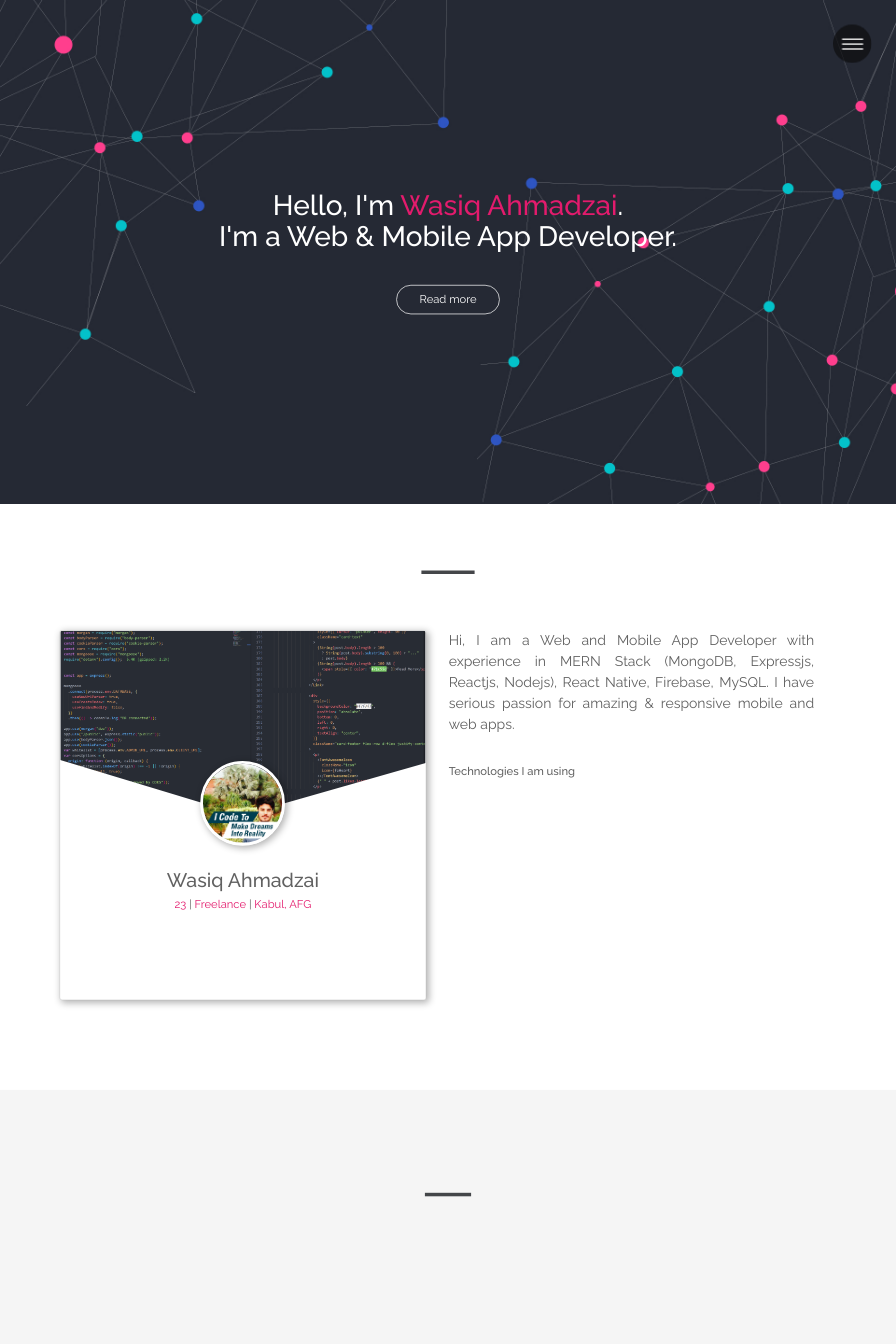
Repository: wasiqkhan/wasiqkhan.github.io
Page: index.html
The author's editor kept a copy of each file at every save. The page is drawn from the files as they stood at one save, then again after the next save.
The browser window is 1280 px wide. The pictures show the part of the page from y = 0 to 1920 px (the page is 5002 px tall), at 70% of full size.
Some web fonts or font styles are not loaded; a fallback is used.

Above is the page before, as saved 2020-11-06 17:22:38.
Not found: js/all.js
Not found: js/app.js
Not found: js/particles.js

After the next save:
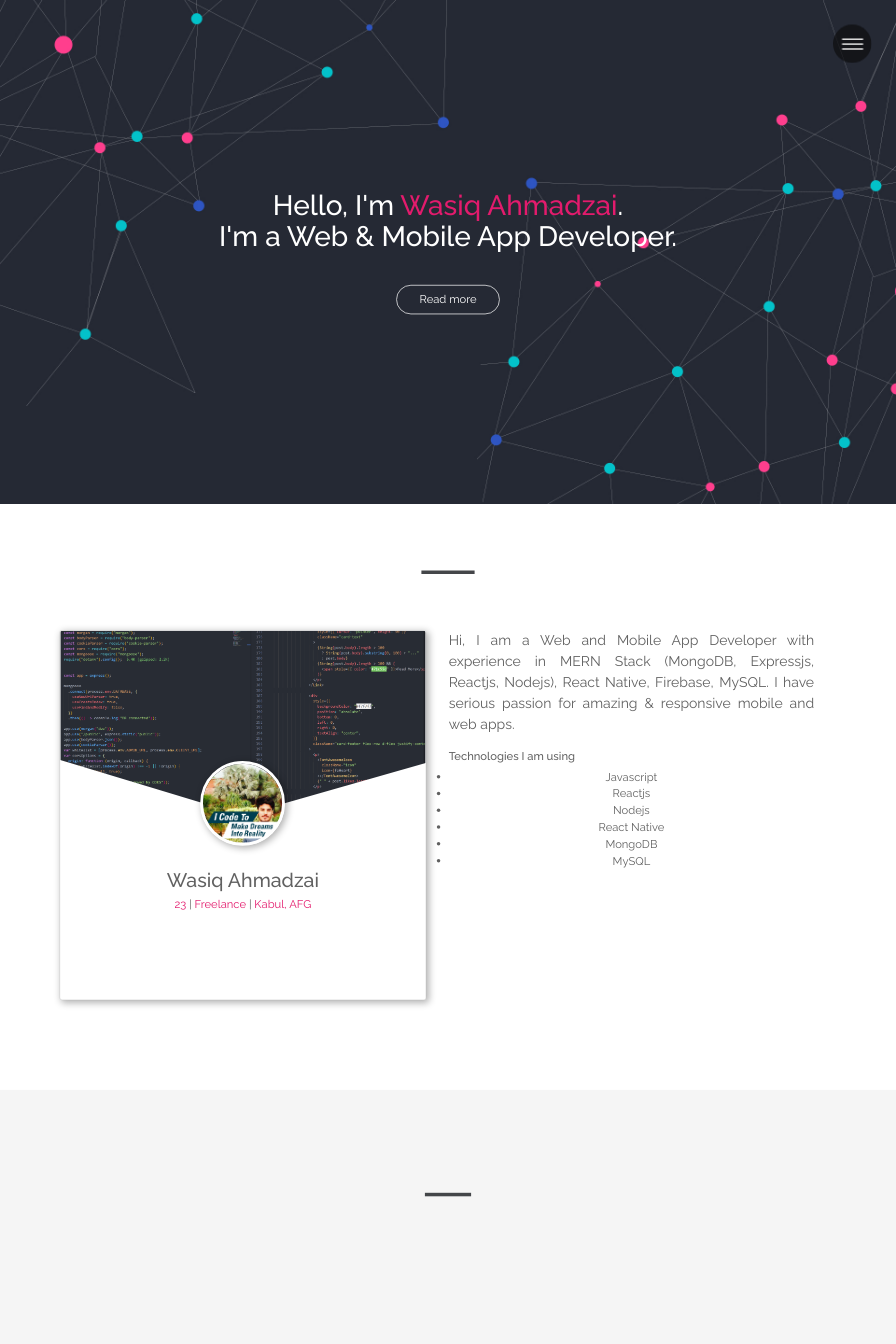
Saved 78 s later.
--- a/index.html
+++ b/index.html
@@ -147,7 +147,15 @@
 
         </div>
         <h6 style="text-align:left">Technologies I am using</h6>
-        <div class="service-items flex-wrap" style="padding: 0 0">
+        <ul class="skill-set">
+          <li>Javascript</li>
+          <li>Reactjs</li>
+          <li>Nodejs</li>
+          <li>React Native</li>
+          <li>MongoDB</li>
+          <li>MySQL</li>
+        </ul>
+        <!-- <div class="service-items flex-wrap" style="padding: 0 0">
             <div class="item fun-facts" style="margin-right: 10px ;background: #252934">
               <div>
                 <i class="fas fa-coffee fa-2x mb-3" style="color:#E31B6D"></i>
@@ -181,7 +189,7 @@
                 </div>
 
               </div>
-          </div>
+          </div> -->
 
 
 
